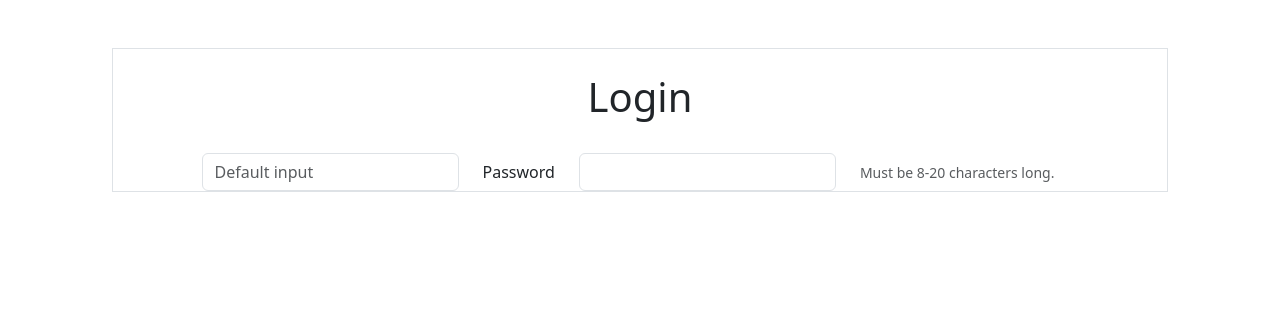
Repository: AHSANS354/Tugas-MSIB-5-GitHub
Page: http://localhost/tugas login/login.php
The author's editor kept a copy of each file at every save. The page is drawn from the files as they stood at one save, then again after the next save.
The browser window is 1280 px wide. The pictures show the whole page.
The page is run by PHP 8.4 with error messages shown; the project is at /var/www/html/.

Above is the page before, as saved 2023-09-27 23:06:54.

After the next save:
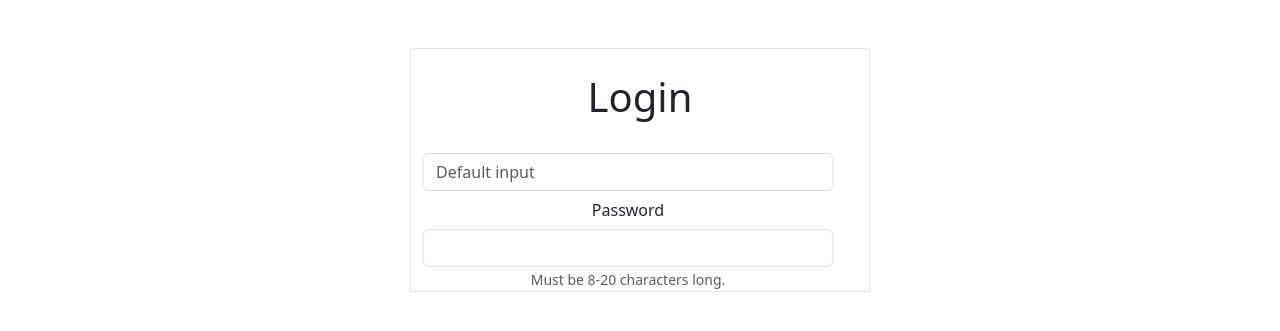
Saved 2 min 20 s later.
--- a/tugas login/login.php
+++ b/tugas login/login.php
@@ -12,15 +12,15 @@
             <div class="col m-4">
                 <h1>Login</h1>
             </div>
-            <div class="row align-items-center justify-content-center">
+            <div class="row d-flex flex-column justify-content-center">
                 <div class="col-auto">
                 <input class="form-control" type="text" placeholder="Default input" aria-label="default input example">
                 </div>
                 <div class="col-auto">
-                    <label for="inputPassword6" class="col-form-label">Password</label>
+                    <label for="pass" class="col-form-label">Password</label>
                 </div>
                 <div class="col-auto">
-                    <input type="password" id="inputPassword6" class="form-control" aria-describedby="passwordHelpInline">
+                    <input type="password" id="pass" name="pass" class="form-control" aria-describedby="passwordHelpInline">
                 </div>
                 <div class="col-auto">
                     <span id="passwordHelpInline" class="form-text">
